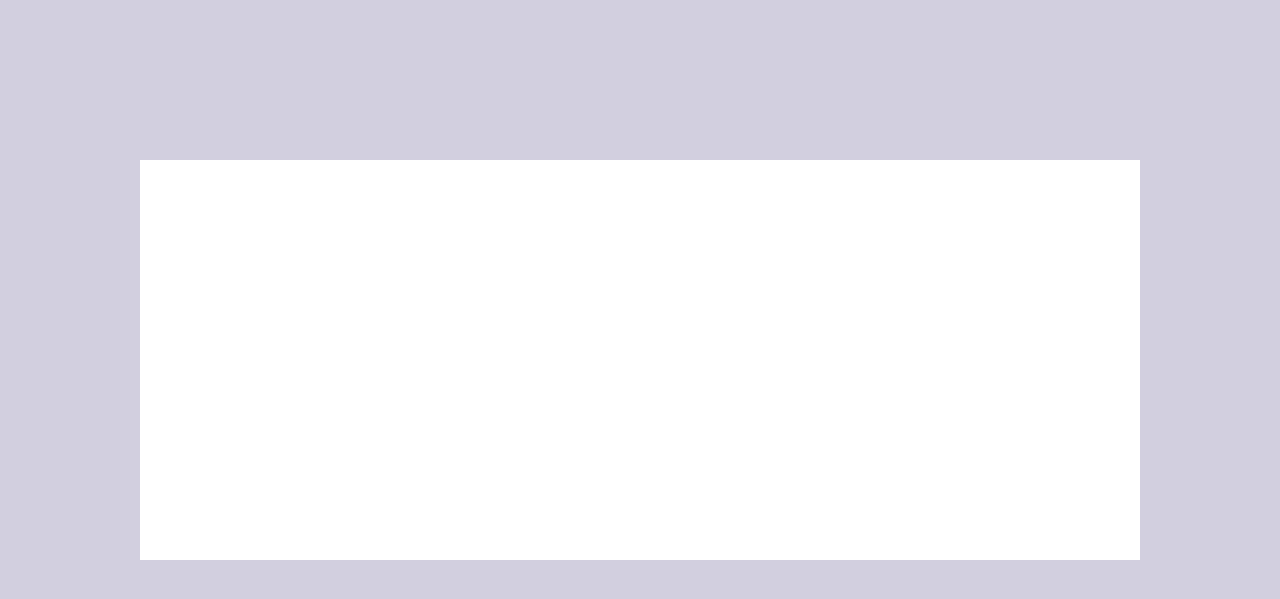
Repository: cosmicswati/upgrad-captions-project
Page: /
An editor plug-in stored every save of this project. The page is shown before and after the next save, followed by the edit.
The browser window is 1280 px wide. The pictures show the whole page.
The project was rebuilt for these pictures with package versions that can differ from the ones it lists, and the page was loaded fresh each time.

Above is the page before, as saved 2024-04-08 17:36:53.

After the next save:
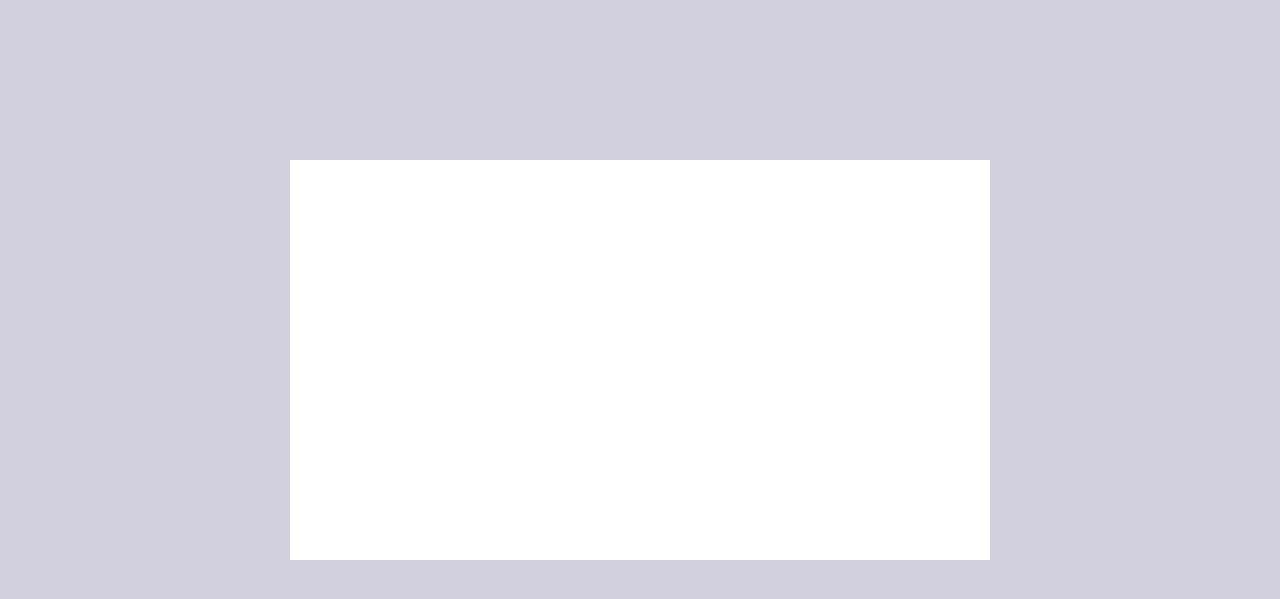
Saved 15 s later.
--- a/src/modules/Authorization/Form.jsx
+++ b/src/modules/Authorization/Form.jsx
@@ -3,7 +3,7 @@ import React from 'react';
 const Form = () => {
   return (
     <div className='bg-[#d2cfdf] h-screen w-full flex justify-center items-center'>
-      <div className='h-[400px] w-[1000px] bg-white'></div>
+      <div className='h-[400px] w-[700px] bg-white'></div>
 
     </div>
   );
